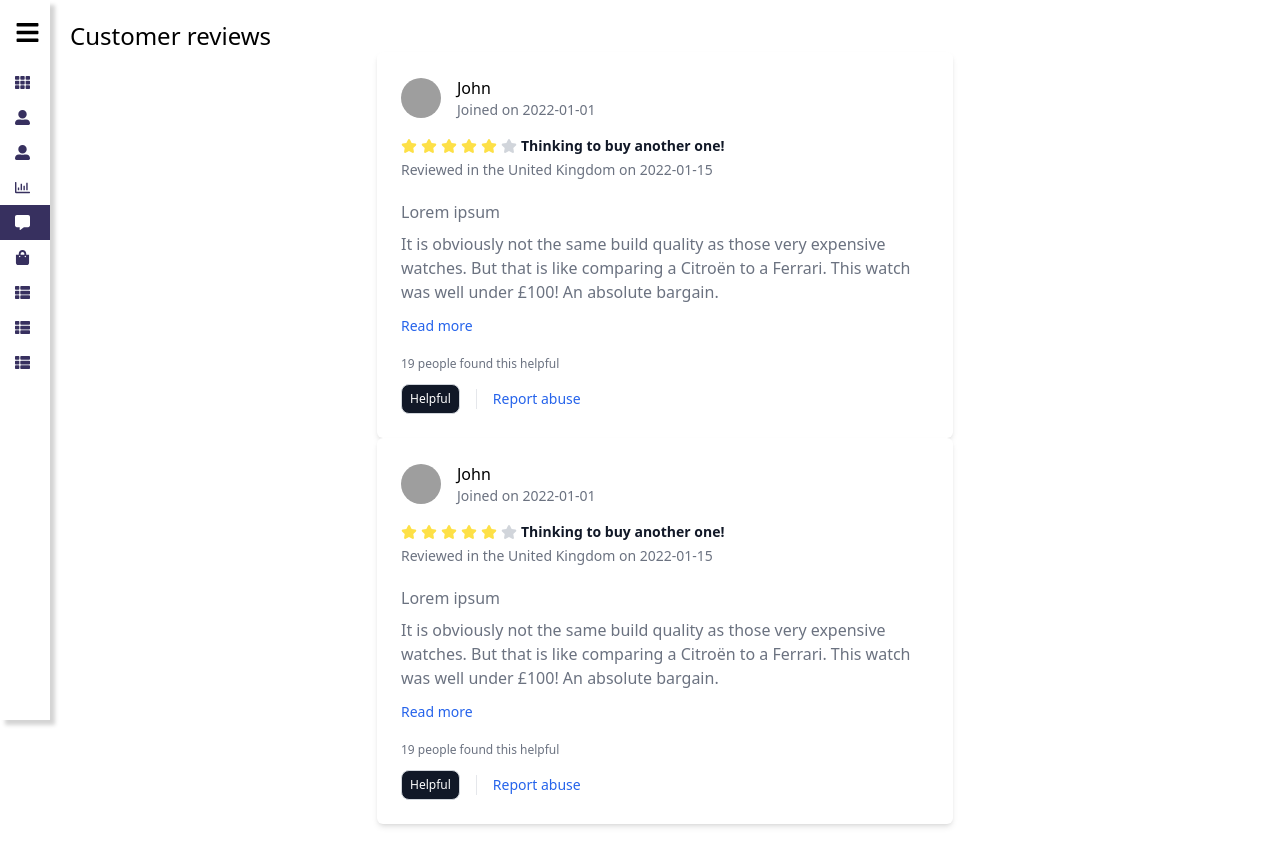
Repository: AndargWorku12/admin-dashboard
Page: /review
These files come from the project's save history. The page is drawn as it stood at one moment and after the next save; the edit follows.
The browser window is 1280 px wide. The pictures show the whole page.
Pictures or frames that could not be fetched are drawn as grey boxes. The project was rebuilt for these pictures with package versions that can differ from the ones it lists, and the page was loaded fresh each time. Also part of the build but not shown: src/styles/analytics.css, src/pages/Analytics.tsx, src/pages/Dashboard.tsx, src/styles/orders.css, src/pages/OrderTable.tsx, src/pages/OrderModal.tsx, src/pages/Orders.tsx, src/styles/category.css and 11 more.

Above is the page before, as saved 2024-02-03 03:22:02.

After the next save:
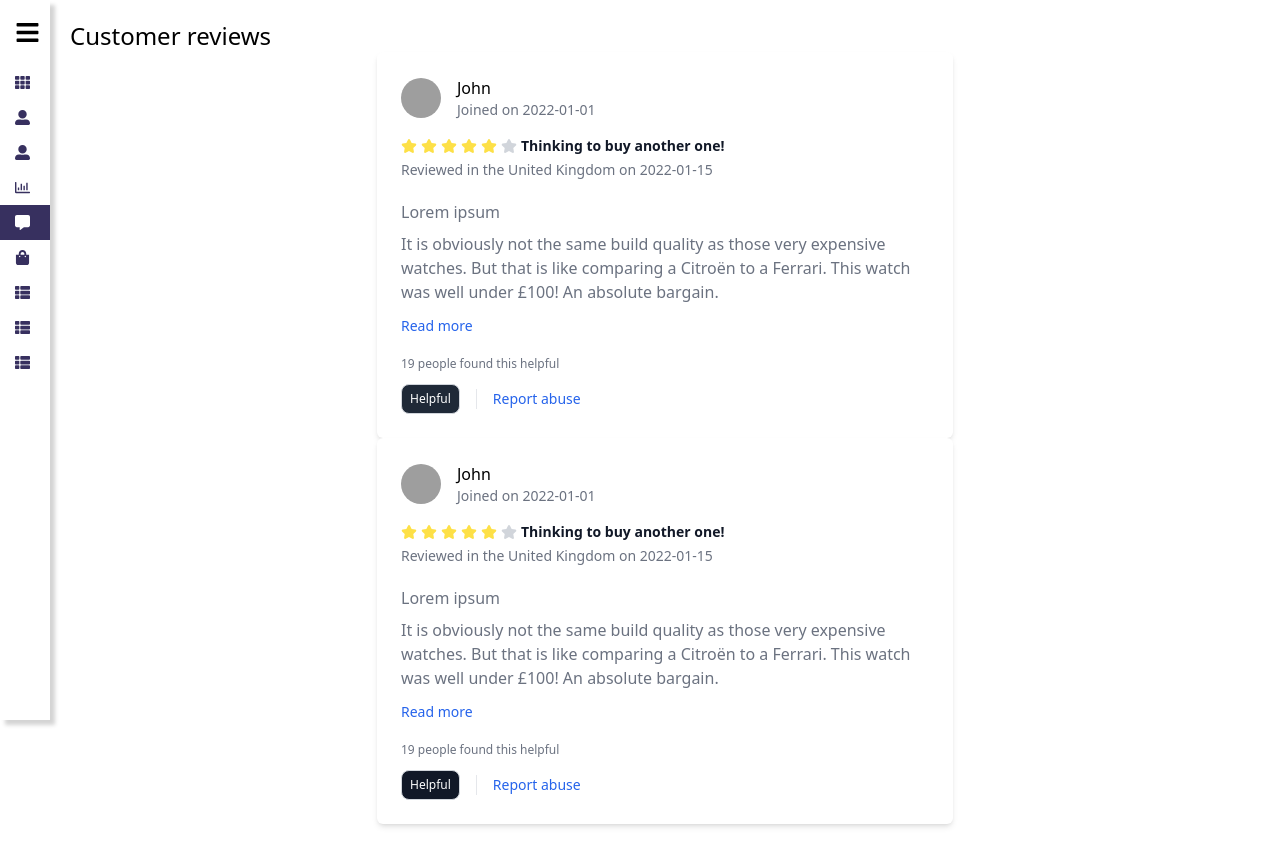
Saved 2 min 1 s later.
--- a/src/pages/CustemerReview.tsx
+++ b/src/pages/CustemerReview.tsx
@@ -64,7 +64,7 @@ const CustomerReview: React.FC<ReviewProps> = ({ username, joinedDate, reviewDat
       <aside>
         <p className="mt-1 text-xs text-gray-500 dark:text-gray-400">19 people found this helpful</p>
         <div className="flex items-center mt-3">
-          <button className="bg-gray-900 text-white border border-gray-300 focus:outline-none hover:bg-gray-100 focus:ring-4 focus:ring-gray-200 font-medium rounded-lg text-xs px-2 py-1.5 dark:bg-gray-800 dark:text-white dark:border-gray-600 dark:hover:bg-gray-700 dark:hover:border-gray-600 dark:focus:ring-gray-700">
+          <button className="bg-gray-800 text-white border border-gray-300 focus:outline-none hover:bg-gray-100 focus:ring-4 focus:ring-gray-200 font-medium rounded-lg text-xs px-2 py-1.5 dark:bg-gray-800 dark:text-white dark:border-gray-600 dark:hover:bg-gray-700 dark:hover:border-gray-600 dark:focus:ring-gray-700">
             Helpful
           </button>
           <button className="ps-4 text-sm font-medium text-blue-600 hover:underline dark:text-blue-500 border-gray-200 ms-4 border-s md:mb-0 dark:border-gray-600">
